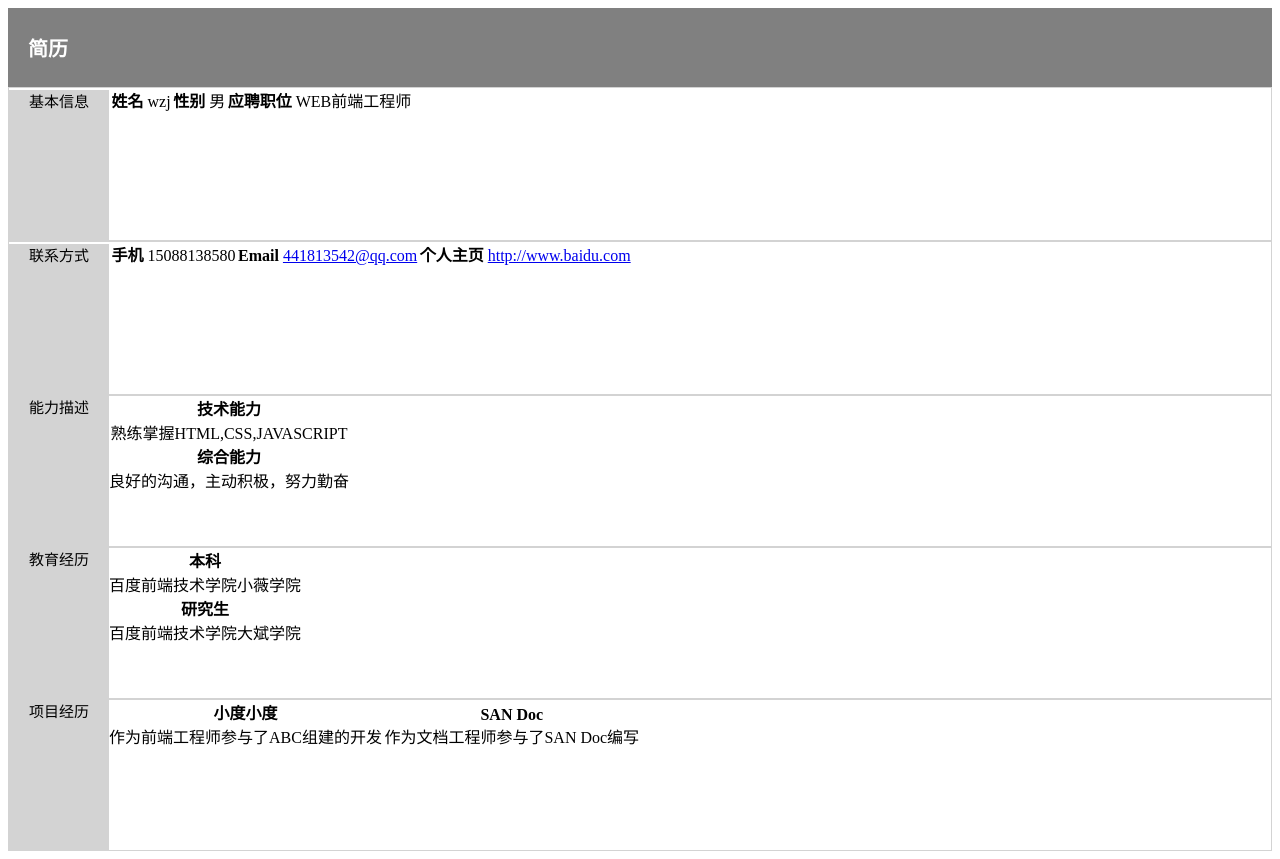
Repository: w441813542/webrecord
Page: day6_day7/jianli.html
These files come from the project's save history. The page is drawn as it stood at one moment and after the next save; the edit follows.
The browser window is 1280 px wide. The pictures show the whole page.

Above is the page before, as saved 2021-03-09 15:07:36.

After the next save:
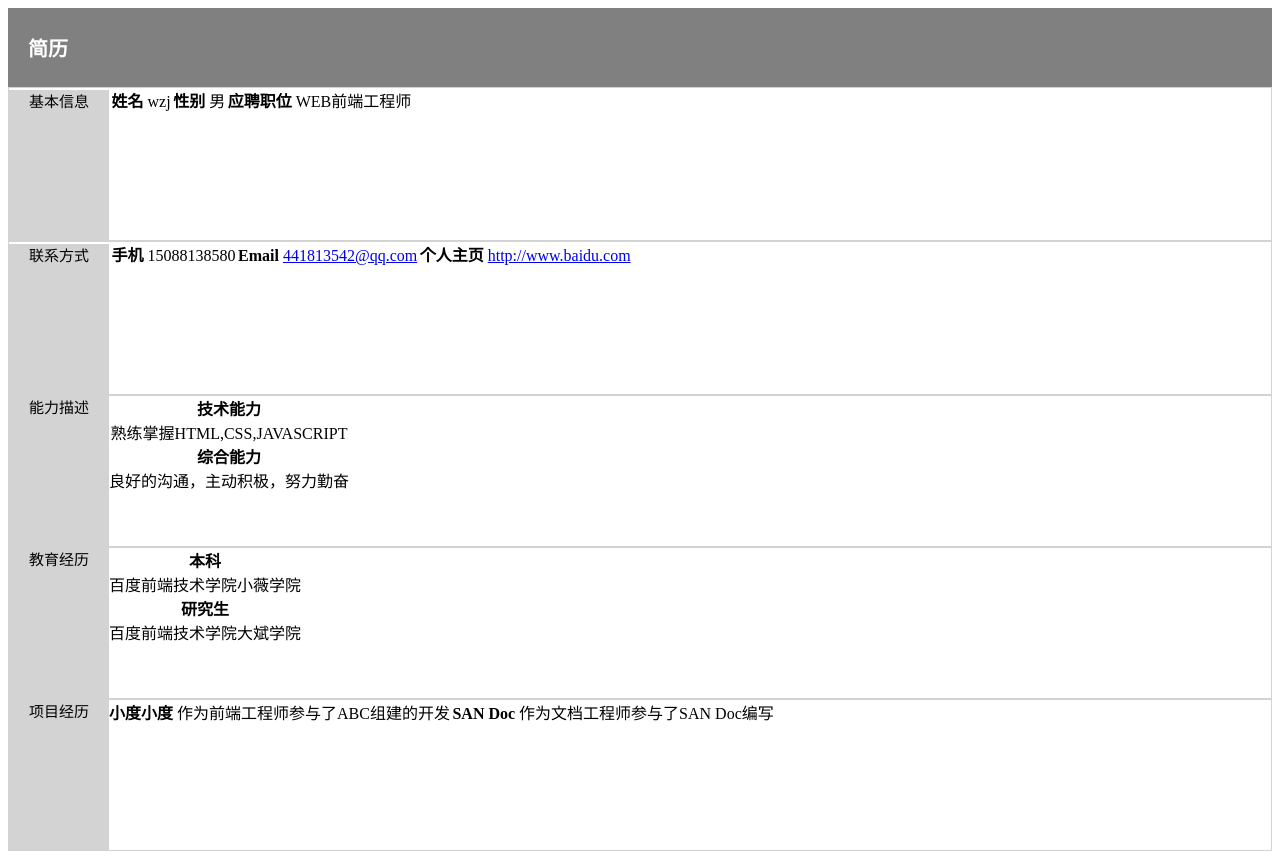
Saved 19 s later.
--- a/day6_day7/jianli.html
+++ b/day6_day7/jianli.html
@@ -60,8 +60,8 @@
             <div class="th">项目经历</div>
           </div>
           <div class="part_right block">
-            <div class="td msgtd "><span class="block">小度小度</span> 作为前端工程师参与了ABC组建的开发</div>
-            <div class="td msgtd "><span class="block">SAN Doc</span> 作为文档工程师参与了SAN Doc编写</div>
+            <div class="td msgtd "><span >小度小度</span> 作为前端工程师参与了ABC组建的开发</div>
+            <div class="td msgtd "><span >SAN Doc</span> 作为文档工程师参与了SAN Doc编写</div>
           </div>
         </div>
       </div>
